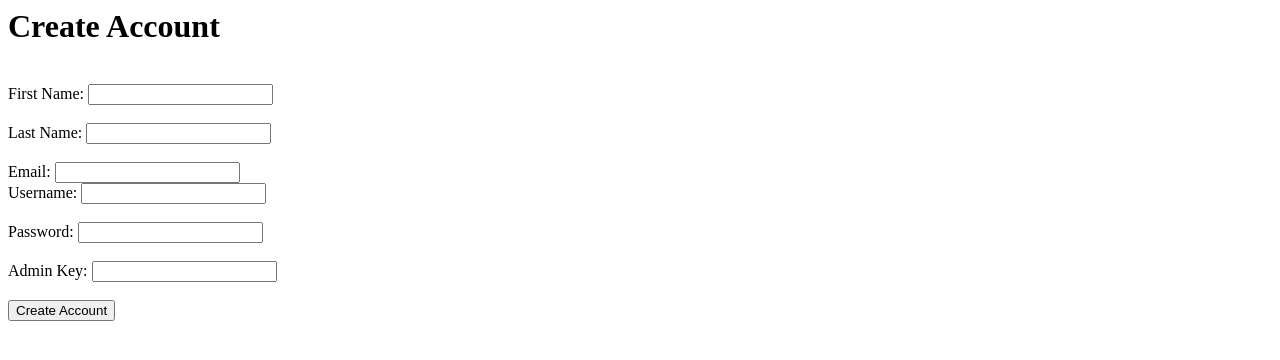
Repository: Sadiki/Expense_Reimbursement_System
Page: Ers_Project/src/main/webapp/partials/create_account.html
The author's editor kept a copy of each file at every save. The page is drawn from the files as they stood at one save, then again after the next save.
The browser window is 1280 px wide. The pictures show the whole page.

Above is the page before, as saved 2018-11-07 04:42:11.

### Ers_Project/src/main/webapp/partials/create_account.html
<div id="viewContainer">
<div id= 'viewMenu'>
    <h1 class='viewTitles'>Create Account</h1>
    <br/>
    First Name:
    <input id='firstname'class='register'type='text'>
    <br/>
    <br/>
    Last Name:
	<input id='lastname'class='register'type='text'>
    <br/>
    <br/>
    Email:
    <input id='email'class='register'type='text'>
    <br/>
    Username:
    <input id='username'class='register'type='text'>
    <br/>
    <br/>
    Password:
    <input id='password'class='register'type='password'>
    <br/>
    <br/>
    Admin Key:
    <input id='admin_key' type='password'>
    </form>
    <br/>
    <br/>
    <button id='createAccBtn'>Create Account</button>

    <div class ="alert alert-danger" id="createAcc-mess"></div>
    </div>
</div>

After the next save:
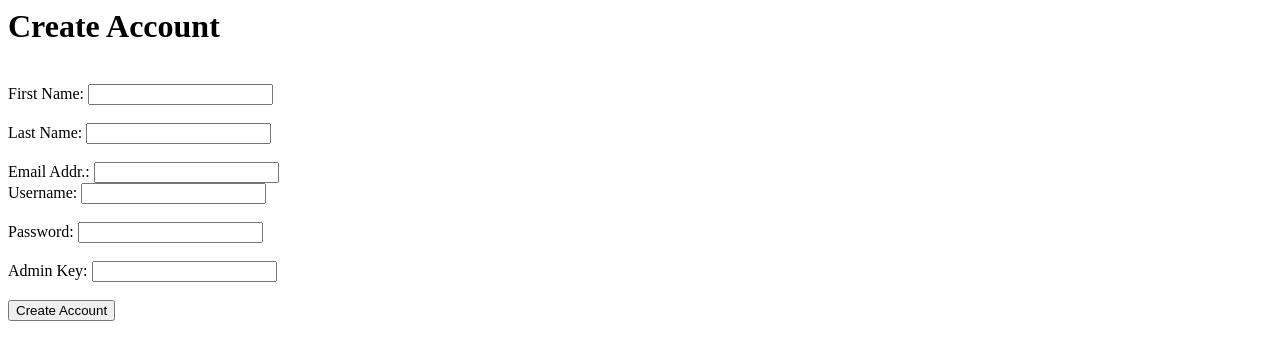
Saved 7 s later.
--- a/Ers_Project/src/main/webapp/partials/create_account.html
+++ b/Ers_Project/src/main/webapp/partials/create_account.html
@@ -10,7 +10,7 @@
 	<input id='lastname'class='register'type='text'>
     <br/>
     <br/>
-    Email:
+    Email Addr.:
     <input id='email'class='register'type='text'>
     <br/>
     Username:
